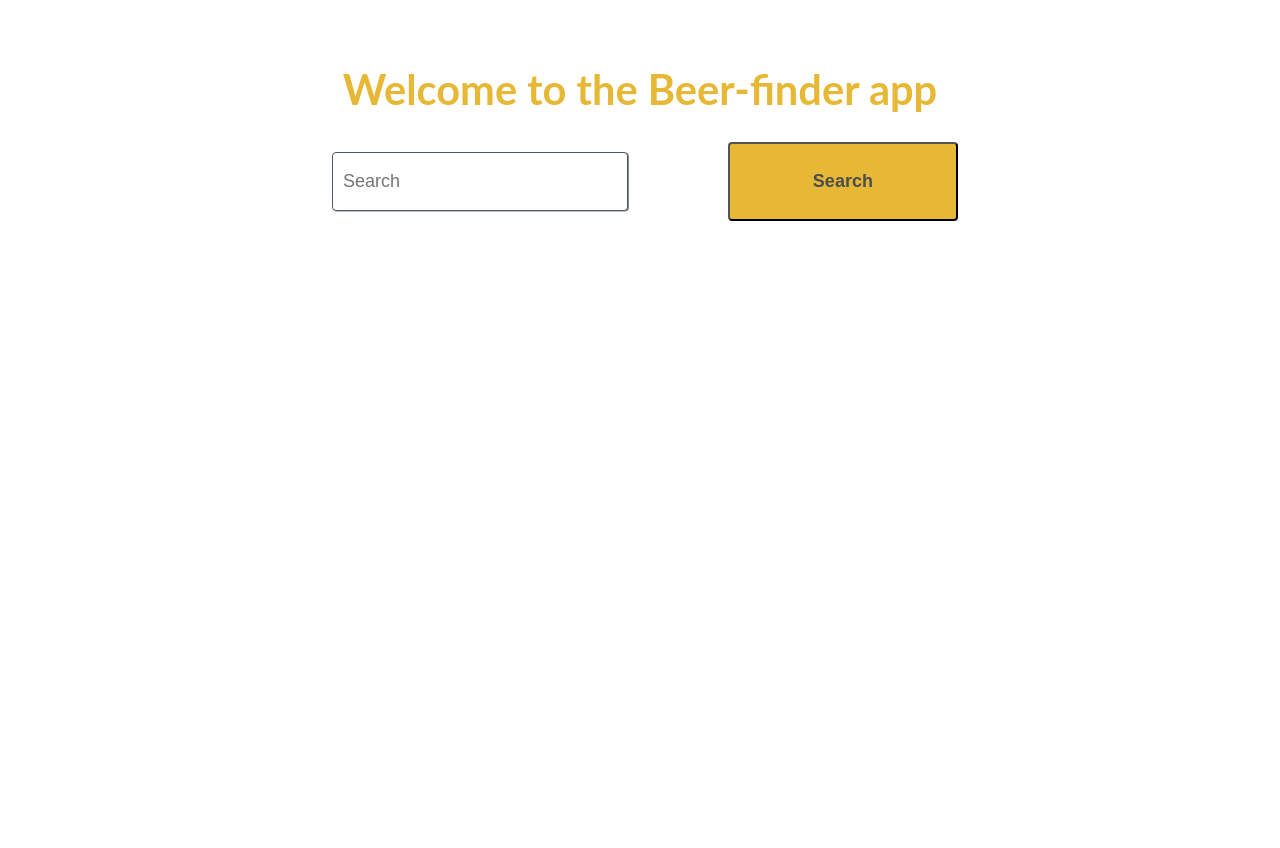
Repository: marcinszymaszek/beer-finder
Page: /
The author's editor kept a copy of each file at every save. The page is drawn from the files as they stood at one save, then again after the next save.
The browser window is 1280 px wide. The pictures show the whole page.
The project was rebuilt for these pictures with package versions that can differ from the ones it lists, and the page was loaded fresh each time.

Above is the page before, as saved 2020-05-10 20:41:37.

After the next save:
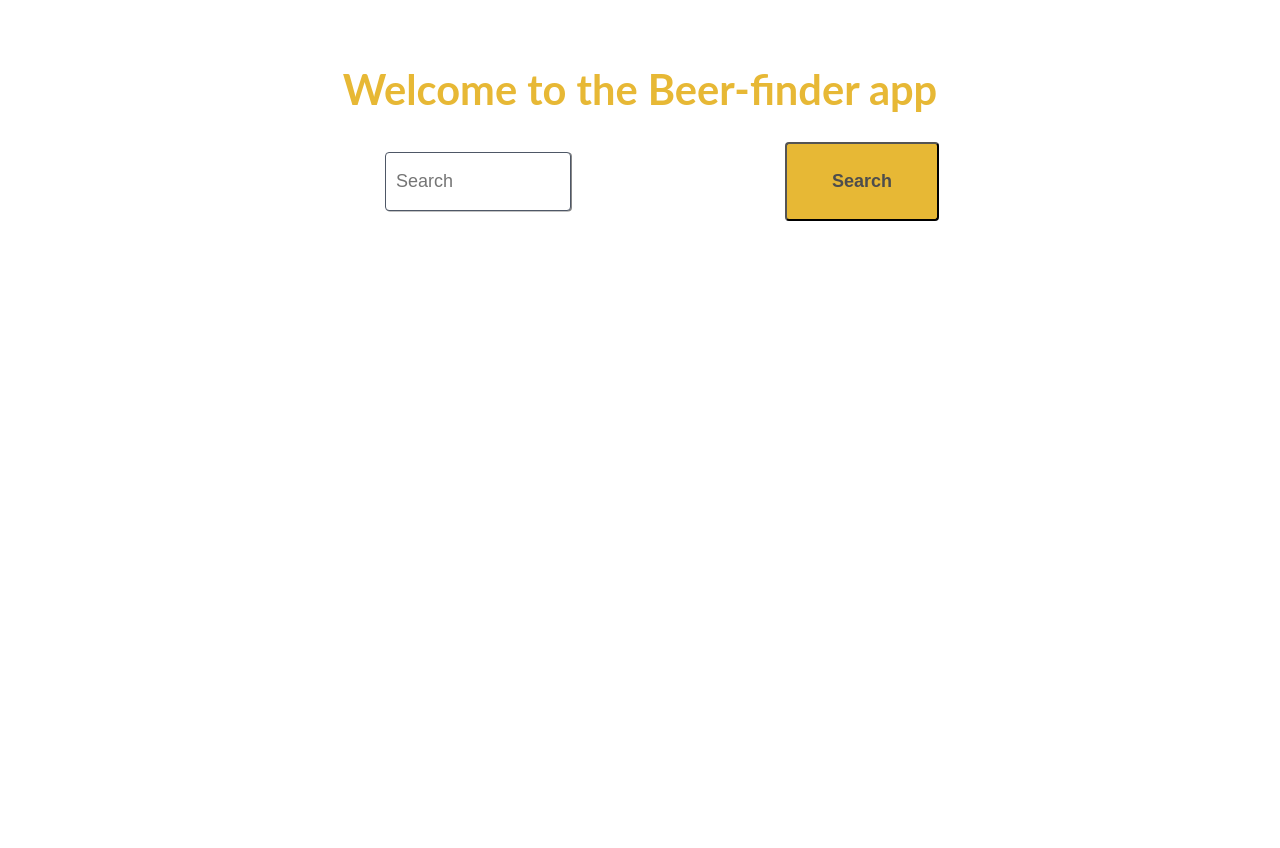
Saved 8 s later.
--- a/src/components/search/Search.css
+++ b/src/components/search/Search.css
@@ -7,7 +7,7 @@
 }
 
 input {
-    width: 100%;
+    width: 60%;
     margin: 10px;
     padding: 18px 10px;
     border-radius: 4px;
@@ -18,7 +18,7 @@ input {
 
     button {
         padding: 12px 10px;
-        width: 30%;
+        width: 20%;
         border-radius: 4px;
         background-color: #e7b835;
         color: #4d4d4d;
